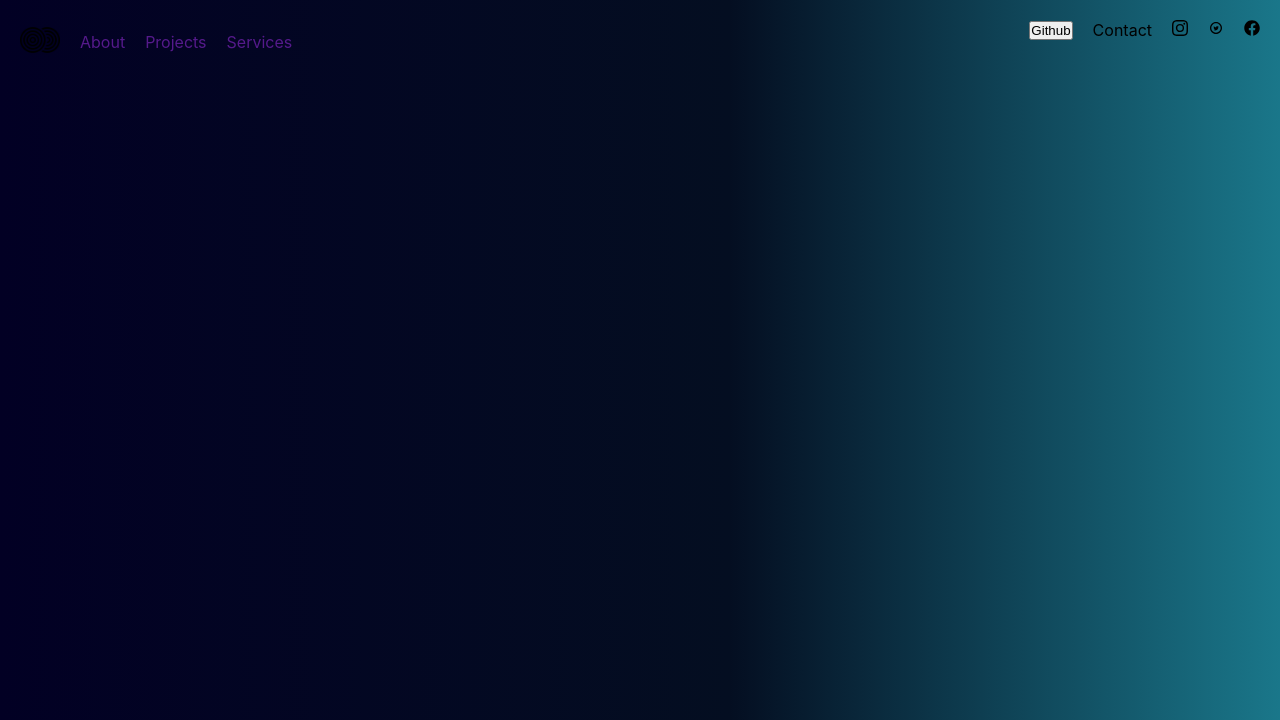
Repository: uh-sman/Portfolio
Page: /
These files come from the project's save history. The page is drawn as it stood at one moment and after the next save; the edit follows.
The browser window is 1280 px wide. The pictures show the whole page.
The project was rebuilt for these pictures with package versions that can differ from the ones it lists, and the page was loaded fresh each time.

Above is the page before, as saved 2022-11-17 20:44:59.

### src/App.js
import "./App.css";
import { Index } from "./components/index";

function App() {
  return (
    <div className="App">
      <Index />
    </div>
  );
}

export default App;

### src/App.css
* {
  margin: 0px;
  padding: 0px;
  box-sizing: border-box;
  text-decoration: none;
  list-style: none;
}
body {
  background: rgb(2, 0, 36);
  background: linear-gradient(
    90deg,
    rgba(2, 0, 36, 1) 0%,
    rgba(4, 14, 33, 1) 57%,
    rgba(26, 119, 138, 1) 100%
  );
}

### src/components/index.js
import React from "react";
import { Navbar } from "./Navbar";

export const Index = () => {
  return (
    <div>
      <Navbar />
    </div>
  );
};

### src/components/Navbar.jsx
import React from "react";
import logo from "../assets/icons.png";
import "./navbar.css";
import { Profile } from "./Profile";
export const Navbar = () => {
  return (
    <div>
      <nav>
        <div className="navbar">
          <div>
            <ul className="nav-list">
              <a>
                <img src={logo} className="logo" />
              </a>
              <a href="">About</a>
              <a href="">Projects</a>
              <a href="">Services</a>
            </ul>
          </div>
          <div>
            <Profile />
          </div>
        </div>
      </nav>
    </div>
  );
};

### src/components/navbar.css
.nav-list {
  display: flex;
  align-items: center;
  gap: 20px;
}
.navbar {
  margin: 20px 20px;
  display: flex;
  justify-content: space-between;
}
.logo {
  width: 40px;
  height: 40px;
}

### src/components/Profile.js
import React from "react";
import { SiFacebook } from "react-icons/si";
import { FaWhatsapp, FaFacebook } from "react-icons/fa";
import { TiSocialTwitterCircular } from "react-icons/ti";
import { BsInstagram } from "react-icons/bs";
import "./profile.css";
export const Profile = () => {
  return (
    <div>
      <div>
        <section className="profile-section">
          <button>
            <a>Github</a>
          </button>
          <a>Contact</a>
          <a>
            <BsInstagram />
          </a>
          <a>
            <TiSocialTwitterCircular />
          </a>
          <a>
            <FaFacebook />
          </a>
        </section>
      </div>
    </div>
  );
};

### src/components/profile.css
.profile-section {
  display: flex;
  gap: 20px;
  align-items: center;
}

Loaded but not shown: public/index.html (common file); src/index.js (common file); src/index.css (common file)

After the next save:
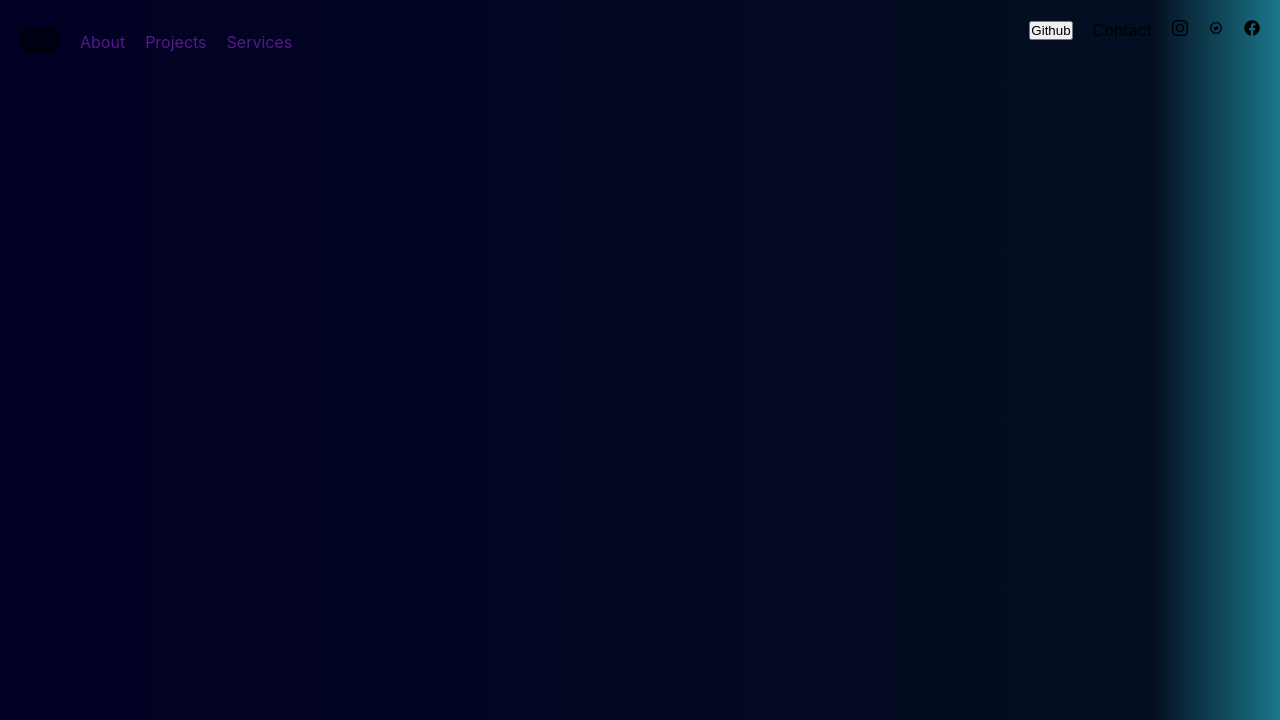
Saved 58 s later.
--- a/src/App.css
+++ b/src/App.css
@@ -10,7 +10,7 @@
   background: linear-gradient(
     90deg,
     rgba(2, 0, 36, 1) 0%,
-    rgba(4, 14, 33, 1) 57%,
+    rgba(4, 14, 33, 1) 90%,
     rgba(26, 119, 138, 1) 100%
   );
 }
